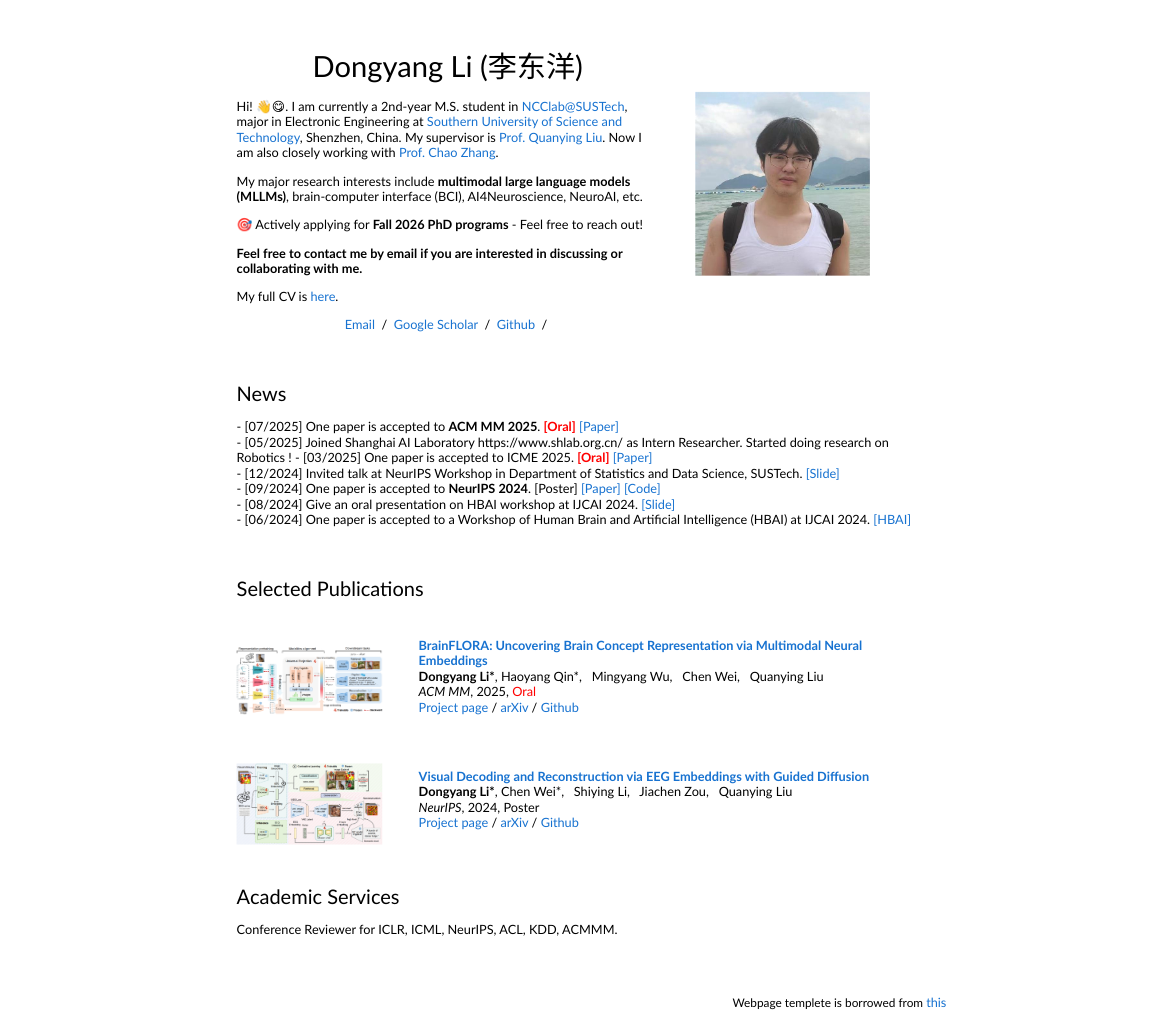
Repository: dongyangli-del/dongyangli-del.github.io
Page: index.html
An editor plug-in stored every save of this project. The page is shown before and after a run of saves, followed by the edit.
The browser window is 1280 px wide. The pictures show the whole page, at 91% of full size.

Above is the page before, as saved 2025-07-12 21:35:42.

### index.html
<!DOCTYPE HTML>
<html lang="en">
  <head>

    <meta http-equiv="Content-Type" content="text/html; charset=UTF-8">

    <title>Dongyang Li (李东洋)</title>

    <meta name="author" content="Dongyang Li (李东洋)">
    <meta name="viewport" content="width=device-width, initial-scale=1">

    <link rel="stylesheet" type="text/css" href="stylesheet.css">
    <link rel="icon" href="data:[embedded picture, 141 characters]">
  </head>

  <body>
    <!-- <div class="content">
      <table style="width:100%;border:0px;border-spacing:0px;border-collapse:separate;margin-right:auto;margin-left:auto;"><tbody>
        <tr style="padding:0px">
          <td style="padding:2.5%;width:63%;vertical-align:middle">
            <p class="name" style="text-align: center;">
              Dongyang Li
            </p>

            </p>
            <p>

            </p>
            <p style="text-align:center">
            </p>
          </td>
          <td style="padding:2.5%;width:40%;max-width:40%">
            <a href="myassets/profile.jpg"><img style="width:100%;max-width:100%" alt="profile photo" src="myassets/profile.jpg" class="hoverZoomLink"></a>
          </td>
        </tr>
      </tbody></table>
    </div> -->
    <table style="width:100%;max-width:800px;border:0px;border-spacing:0px;border-collapse:separate;margin-right:auto;margin-left:auto;"><tbody>
      <tr style="padding:0px">
        <td style="padding:0px">
          <table style="width:100%;border:0px;border-spacing:0px;border-collapse:separate;margin-right:auto;margin-left:auto;"><tbody>
            <tr style="padding:0px">
              <td style="padding:2.5%;width:63%;vertical-align:middle">
                <p class="name" style="text-align: center;">
                  Dongyang Li (李东洋)
                </p>
                <p>
                  Hi! 👋😋.
                  I am currently a 2nd-year M.S. student in <a href="https://faculty.sustech.edu.cn/?tagid=liuqy&iscss=1&snapid=1&orderby=date&go=1">NCClab@SUSTech</a>, major in Electronic Engineering at <a href="https://www.sustech.edu.cn/en/">Southern University of Science and Technology</a>, Shenzhen, China.
                  My supervisor is <a href="https://www.sustech.edu.cn/zh/faculties/liuquanying.html">Prof. Quanying Liu</a>. Now I am also closely working with <a href="https://mi.eng.cam.ac.uk/~cz277/">Prof. Chao Zhang</a>.
                </p>
                <p>
                  My major research interests include <strong>multimodal large language models (MLLMs)</strong>, brain-computer interface (BCI), AI4Neuroscience, NeuroAI, etc.
                </p>
                <p>🎯 Actively applying for <strong>Fall 2026 PhD programs</strong> - Feel free to reach out!</p> <span style="color: black; font-weight: bold;">Feel free to contact me by email if you are interested in discussing or collaborating with me.</span>


                <p>
                  My full CV is <a href="https://dongyangli-del.github.io/files/Dongyang_Li_CV.pdf">here</a>.
                </p>
                <p style="text-align:center">
                  <a href="lidy2023@mail.sustech.edu.cn">Email</a> &nbsp;/&nbsp;
                  <a href="https://scholar.google.com/citations?user=4VTOeU4AAAAJ&hl=zh-CN&oi=ao">Google Scholar</a> &nbsp;/&nbsp;
                  <a href="https://github.com/dongyangli-del">Github</a> &nbsp;/&nbsp;
                  <!-- <a href="https://www.linkedin.com/in/yingqing-he-6b2859168/">LinkedIn</a> -->
                </p>
              </td>
              <td style="padding:2.5%;width:40%;max-width:40%">
                <a href="myassets/profile.jpg"><img style="width:75%;max-width:100%" alt="profile photo" src="myassets/profile.jpg" class="hoverZoomLink"></a>
              </td>
            </tr>
          </tbody></table>

          <table style="width:100%;border:0px;border-spacing:0px;border-collapse:separate;margin-right:auto;margin-left:auto;"><tbody>
            <tr>
            <td style="padding:20px;width:100%;vertical-align:middle">
              <h2>News</h2>
              <p>
                - [07/2025] One paper is accepted to <strong>ACM MM 2025</strong>. <span style="color: red; font-weight: bold;">[Oral]</span> <a href="https://arxiv.org/pdf/2410.23754">[Paper]</a><br>

                - [05/2025] Joined Shanghai AI Laboratory https://www.shlab.org.cn/ as Intern Researcher. Started doing research on Robotics !

                - [03/2025] One paper is accepted to ICME 2025. <span style="color: red; font-weight: bold;">[Oral]</span> <a href="https://arxiv.org/pdf/2410.23754">[Paper]</a><br>

                - [12/2024] Invited talk at NeurIPS Workshop in Department of Statistics and Data Science, SUSTech. <a href="https://dongyangli-del.github.io/files/DongyangLi-20241201.pdf">[Slide]</a><br>

                - [09/2024] One paper is accepted to <strong>NeurIPS 2024</strong>. [Poster] <a href="https://arxiv.org/abs/2403.07721">[Paper]</a> <a href="https://github.com/dongyangli-del/EEG_Image_decode">[Code]</a> <br>

                - [08/2024] Give an oral presentation on HBAI workshop at IJCAI 2024. <a href="https://dongyangli-del.github.io/files/HBAI_2024_DongyangLi.pdf">[Slide]</a><br>

                - [06/2024] One paper is accepted to a Workshop of Human Brain and Artificial Intelligence (HBAI) at IJCAI 2024. <a href="https://hbai2024.github.io/">[HBAI]</a><br>

                <!-- - [10/2024] <font style="color: #d07c22">Invited talk</font> at <a href="https://venue-tutorial.github.io/">ECCV 2024 VENUE (Recent Advances in Video Content Understanding and Generation) Tutorial</a>
                 on the topic of <i>"LLMs Meet image and video generation"</i>.
                 The slides are available at our <a href="https://github.com/YingqingHe/Awesome-LLMs-meet-Multimodal-Generation/blob/main/ECCV2024-VENUE-Tutorial-Slides-LLM-Meet-Image-and-Video-Generation.pdf">Github repo</a>.<br>
                - [08/2024] <font style="color: #d07c22">Invited talk</font> at <a href="https://hunyuan.tencent.com/">Tencent Hunyuan</a>
                 on the topic of <i>"LLMs Meet Multimodal Generation and Editing"</i><br>
                - [08/2024] 1 paper was accepted to <font style="color: #D8429E">ECCV 2024 AI4VA Workshop</font>.<br>
                - [07/2024] 1 paper was accepted to <font style="color: #D8429E">SIGGRAPH Asia 2024</font>.<br>
                - [07/2024] 1 paper was accepted to <font style="color: #D8429E">ECCV 2024</font>.<br>
                - [05/2024] We released a survey paper: <a href="https://arxiv.org/abs/2405.19334">LLMs Meet Multimodal Generation and Editing: A Survey</a>.<br>
                - [03/2024] <font style="color: #d07c22">Invited talk</font> at <a href="https://www.meituan.com/">Meituan</a> on the topic of <i>"Recent Advance of Text-to-Video Generation"</i>.<br>
                - [03/2024] 1 paper was accepted to <font style="color: #D8429E">CVPR 2024</font>.<br>
                - [02/2024] 1 paper was accepted to <font style="color: #D8429E">TVCG 2024</font>.<br>
                - [01/2024] 2 papers were accepted to <font style="color: #D8429E">ICLR 2024</font> (including 1 Spotlight paper).<br>
                - [12/2023] 1 paper was accepted to <font style="color: #D8429E">AAAI 2024</font>.<br>
                - [11/2023] Released <a href="https://arxiv.org/abs/2310.19512">VideoCrafter 1</a>.<br>
                - [08/2023] 1 paper was accepted to <font style="color: #D8429E">SIGGRAPH Asia 2023</font>.<br>
                - [06/2023] <font style="color: #d07c22">Invited talk</font> at <a href="https://sites.google.com/view/loveucvpr23/home">CVPR 2023 LOVEU Workshop</a> on the topic of <i>"Crafting Your Videos: From Unconditional to <br>
                  &nbsp; &nbsp; &nbsp;&nbsp; &nbsp; &nbsp;&nbsp; &nbsp; &nbsp;&nbsp; &nbsp; &nbsp;&nbsp; &nbsp; &nbsp;&nbsp;&nbsp;
                  Controllable Video Diffusion Models"</i>.<br>
                - [04/2023] Released <a href="https://github.com/AILab-CVC/VideoCrafter">VideoCrafter 0.9</a>.<br>
                - [08/2021] 1 paper was accepted to <font style="color: #D8429E">ACM MM 2021</font> as an <font style="color: #D8429E">Oral</font> paper.<br>  -->
              </p>
            </td>
            </tr>
          </tbody></table>
          <table style="width:100%;border:0px;border-spacing:0px;border-collapse:separate;margin-right:auto;margin-left:auto;"><tbody>

    <table style="width:100%;border:0px;border-spacing:0px;border-collapse:separate;margin-right:auto;margin-left:auto;">
      <tbody>
      <tr>
        <td style="padding:20px;width:100%;vertical-align:middle">
          <h2>Selected Publications</h2>
          <!-- <p>
            I'm interested in computer vision, generative models, image/video generation and editing.
          </p> -->
        </td>
      </tr>
      </tbody>
    </table>
    <table style="width:100%;border:0px;border-spacing:0px;border-collapse:separate;margin-right:auto;margin-left:auto;"><tbody>


      <!-- BrainFLORA -->
      <tr>
        <td style="padding:20px;width:25%;vertical-align:middle">
          <img src='myassets/BrainFLORA.png' width="100%">
        </td>
        <td style="padding:20px;width:75%;vertical-align:middle">
          <a href="https://github.com/dongyangli-del/BrainFLORA">
            <span class="papertitle">BrainFLORA: Uncovering Brain Concept Representation via Multimodal Neural Embeddings</span>
          </a>
          <br>
          <strong>Dongyang Li*</strong>,
          <font style="color:black;">Haoyang Qin*, </font> &nbsp;
          <font style="color: black;">Mingyang Wu, </font> &nbsp;
          <font style="color: black;">Chen Wei, </font> &nbsp;
          <font style="color: black;">Quanying Liu </font> &nbsp;
          <br>
          <em>ACM MM</em>, 2025, <font style="color:red;">Oral</font>
          <br>
          <a href="https://github.com/dongyangli-del/BrainFLORA">Project page</a> /
          <a href="https://arxiv.org/pdf/2403.07721">arXiv</a> /
          <a href="https://github.com/dongyangli-del/BrainFLORA">Github</a>
          <p></p>
          <p>
          </p>
        </td>
      </tr>


      <!-- EEG_Image_Decode -->
      <tr>
        <td style="padding:20px;width:25%;vertical-align:middle">
          <img src='myassets/EEG_Image_decode.png' width="100%">
        </td>
        <td style="padding:20px;width:75%;vertical-align:middle">
          <a href="https://github.com/dongyangli-del/EEG_Image_decode/">
            <span class="papertitle">Visual Decoding and Reconstruction via EEG Embeddings with Guided Diffusion</span>
          </a>
          <br>
          <strong>Dongyang Li*</strong>,
          <font style="color:black;">Chen Wei*, </font> &nbsp;
          <font style="color: black;">Shiying Li, </font> &nbsp;
          <font style="color: black;">Jiachen Zou, </font> &nbsp;
          <font style="color: black;">Quanying Liu </font> &nbsp;
          <br>
          <em>NeurIPS</em>, 2024, Poster
          <br>
          <a href="https://dongyangli-del.github.io/EEG_Image_Decode/">Project page</a> /
          <a href="https://arxiv.org/pdf/2403.07721">arXiv</a> /
          <a href="https://github.com/dongyangli-del/EEG_Image_decode">Github</a>
          <p></p>
          <p>
          </p>
        </td>
      </tr>



    <table style="width:100%;border:0px;border-spacing:0px;border-collapse:separate;margin-right:auto;margin-left:auto;"><tbody>
      <tr>
      <td style="padding:20px;width:100%;vertical-align:middle">
        <h2>Academic Services</h2>
        <p>
          Conference Reviewer for ICLR, ICML, NeurIPS, ACL, KDD, ACMMM.<br>
          <!-- Journal Reviewer for TPAMI, IJCV, ACM Computing Surveys. -->
        </p>
      </td>
    </tr>
    </tbody></table>
    <table style="width:100%;border:0px;border-spacing:0px;border-collapse:separate;margin-right:auto;margin-left:auto;"><tbody>

    <!-- </tbody></table>
          <table width="100%" align="center" border="0" cellspacing="0" cellpadding="20"><tbody>
            <tr>
              <td>
                <h2>Miscellanea</h2>
              </td>
            </tr>
          </tbody></table>
          <table width="100%" align="center" border="0" cellpadding="20"><tbody>

            <tr>
              <td style="padding:20px;width:25%;vertical-align:middle"><img src="images/cvf.jpg"></td>
              <td width="75%" valign="center">
                <a href="https://cvpr2023.thecvf.com/Conferences/2023/Organizers">Demo Chair, CVPR 2023</a>
          <br>
                <a href="https://cvpr2022.thecvf.com/area-chairs">Area Chair, CVPR 2022</a>
                <br>
                <a href="http://cvpr2021.thecvf.com/area-chairs">Area Chair & Longuet-Higgins Award Committee Member, CVPR 2021</a>
                <br>
                <a href="http://cvpr2019.thecvf.com/area_chairs">Area Chair, CVPR 2019</a>
                <br>
                <a href="http://cvpr2018.thecvf.com/organizers/area_chairs">Area Chair, CVPR 2018</a>
              </td>
            </tr>
            <tr>
              <td style="padding:20px;width:25%;vertical-align:middle">
                <img src="images/cs188.jpg" alt="cs188">
              </td>
              <td width="75%" valign="center">
                <a href="http://inst.eecs.berkeley.edu/~cs188/sp11/announcements.html">Graduate Student Instructor, CS188 Spring 2011</a>
                <br>
                <a href="http://inst.eecs.berkeley.edu/~cs188/fa10/announcements.html">Graduate Student Instructor, CS188 Fall 2010</a>
                <br>
                <a href="http://aima.cs.berkeley.edu/">Figures, "Artificial Intelligence: A Modern Approach", 3rd Edition</a>
              </td>
            </tr>


            <tr>
              <td align="center" style="padding:20px;width:25%;vertical-align:middle">
                <h2>Basically <br> Blog Posts</h2>
              </td>
              <td width="75%" valign="middle">
                <a href="https://arxiv.org/abs/2112.11687">Squareplus: A Softplus-Like Algebraic Rectifier</a>
                <br>
                <a href="https://arxiv.org/abs/2010.09714">A Convenient Generalization of Schlick's Bias and Gain Functions</a>
                <br>
                <a href="https://arxiv.org/abs/1704.07483">Continuously Differentiable Exponential Linear Units</a>
                <br>
                <a href="https://jonbarron.info/data/cvpr2023_llm_workshop_annotated.pdf">Scholars & Big Models: How Can Academics Adapt?</a>
              </td>
            </tr>
          </tbody></table> -->


          <table style="width:100%;border:0px;border-spacing:0px;border-collapse:separate;margin-right:auto;margin-left:auto;"><tbody>
            <tr>
              <td style="padding:0px">
                <br>
                <p style="text-align:right;font-size:small;">
                  <!-- Feel free to steal this website's <a href="https://github.com/jonbarron/jonbarron_website">source code</a>. <strong>Do not</strong> scrape the HTML from this page itself, as it includes analytics tags that you do not want on your own website &mdash; use the github code instead. Also, consider using <a href="https://leonidk.com/">Leonid Keselman</a>'s <a href="https://github.com/leonidk/new_website">Jekyll fork</a> of this page. -->
                  Webpage templete is borrowed from <a href="https://github.com/jonbarron/jonbarron_website">this</a>
                </p>
              </td>
            </tr>
          </tbody></table>
        </td>
      </tr>
    </table>
  </body>
</html>

### stylesheet.css
/* latin-ext */
.content {
  width: 1000px;
  padding: 25px 50px;
  margin: 25px auto;
  background-color: white;
  box-shadow: 0px 0px 10px #999;
  border-radius: 15px;
  font-family: "Google Sans";
}

@font-face {
  font-family: 'Lato';
  font-style: italic;
  font-weight: 400;
  src: local('Lato Italic'), local('Lato-Italic'), url(https://fonts.gstatic.com/s/lato/v15/S6u8w4BMUTPHjxsAUi-qNiXg7eU0.woff2) format('woff2');
  unicode-range: U+0100-024F, U+0259, U+1E00-1EFF, U+2020, U+20A0-20AB, U+20AD-20CF, U+2113, U+2C60-2C7F, U+A720-A7FF;
}
/* latin */
@font-face {
  font-family: 'Lato';
  font-style: italic;
  font-weight: 400;
  src: local('Lato Italic'), local('Lato-Italic'), url(https://fonts.gstatic.com/s/lato/v15/S6u8w4BMUTPHjxsAXC-qNiXg7Q.woff2) format('woff2');
  unicode-range: U+0000-00FF, U+0131, U+0152-0153, U+02BB-02BC, U+02C6, U+02DA, U+02DC, U+2000-206F, U+2074, U+20AC, U+2122, U+2191, U+2193, U+2212, U+2215, U+FEFF, U+FFFD;
}
/* latin-ext */
@font-face {
  font-family: 'Lato';
  font-style: italic;
  font-weight: 700;
  src: local('Lato Bold Italic'), local('Lato-BoldItalic'), url(https://fonts.gstatic.com/s/lato/v15/S6u_w4BMUTPHjxsI5wq_FQftx9897sxZ.woff2) format('woff2');
  unicode-range: U+0100-024F, U+0259, U+1E00-1EFF, U+2020, U+20A0-20AB, U+20AD-20CF, U+2113, U+2C60-2C7F, U+A720-A7FF;
}
/* latin */
@font-face {
  font-family: 'Lato';
  font-style: italic;
  font-weight: 700;
  src: local('Lato Bold Italic'), local('Lato-BoldItalic'), url(https://fonts.gstatic.com/s/lato/v15/S6u_w4BMUTPHjxsI5wq_Gwftx9897g.woff2) format('woff2');
  unicode-range: U+0000-00FF, U+0131, U+0152-0153, U+02BB-02BC, U+02C6, U+02DA, U+02DC, U+2000-206F, U+2074, U+20AC, U+2122, U+2191, U+2193, U+2212, U+2215, U+FEFF, U+FFFD;
}
/* latin-ext */
@font-face {
  font-family: 'Lato';
  font-style: normal;
  font-weight: 400;
  src: local('Lato Regular'), local('Lato-Regular'), url(https://fonts.gstatic.com/s/lato/v15/S6uyw4BMUTPHjxAwXiWtFCfQ7A.woff2) format('woff2');
  unicode-range: U+0100-024F, U+0259, U+1E00-1EFF, U+2020, U+20A0-20AB, U+20AD-20CF, U+2113, U+2C60-2C7F, U+A720-A7FF;
}
/* latin */
@font-face {
  font-family: 'Lato';
  font-style: normal;
  font-weight: 400;
  src: local('Lato Regular'), local('Lato-Regular'), url(https://fonts.gstatic.com/s/lato/v15/S6uyw4BMUTPHjx4wXiWtFCc.woff2) format('woff2');
  unicode-range: U+0000-00FF, U+0131, U+0152-0153, U+02BB-02BC, U+02C6, U+02DA, U+02DC, U+2000-206F, U+2074, U+20AC, U+2122, U+2191, U+2193, U+2212, U+2215, U+FEFF, U+FFFD;
}
/* latin-ext */
@font-face {
  font-family: 'Lato';
  font-style: normal;
  font-weight: 700;
  src: local('Lato Bold'), local('Lato-Bold'), url(https://fonts.gstatic.com/s/lato/v15/S6u9w4BMUTPHh6UVSwaPGQ3q5d0N7w.woff2) format('woff2');
  unicode-range: U+0100-024F, U+0259, U+1E00-1EFF, U+2020, U+20A0-20AB, U+20AD-20CF, U+2113, U+2C60-2C7F, U+A720-A7FF;
}
/* latin */
@font-face {
  font-family: 'Lato';
  font-style: normal;
  font-weight: 700;
  src: local('Lato Bold'), local('Lato-Bold'), url(https://fonts.gstatic.com/s/lato/v15/S6u9w4BMUTPHh6UVSwiPGQ3q5d0.woff2) format('woff2');
  unicode-range: U+0000-00FF, U+0131, U+0152-0153, U+02BB-02BC, U+02C6, U+02DA, U+02DC, U+2000-206F, U+2074, U+20AC, U+2122, U+2191, U+2193, U+2212, U+2215, U+FEFF, U+FFFD;
}

a {
  color: #1772d0;
  text-decoration: none;
}
/* a {
  color: #761478b2;
  text-decoration: none;
} */
a:focus,
a:hover {
  color: #f09228;
  text-decoration: none;
}

body,
td,
th,
tr,
/* tr {
  border-bottom: 1px solid rgb(183, 168, 192);
} */
p,
a {
  font-family: 'Lato', Verdana, Helvetica, sans-serif;
  font-size: 14px;
}

strong {
  font-family: 'Lato', Verdana, Helvetica, sans-serif;
  font-size: 14px;
}

h2 {
  margin: 0;
  font-weight: normal;
  font-family: 'Lato', Verdana, Helvetica, sans-serif;
  font-size: 22px;
}

.papertitle {
  font-family: 'Lato', Verdana, Helvetica, sans-serif;
  font-size: 14px;
  font-weight: 700;
}

.name {
  padding-top: 20px;
  margin: 0;
  font-family: 'Lato', Verdana, Helvetica, sans-serif;
  font-size: 32px;
}

.one {
  width: 200px;
  height: 200px;
  position: relative;

}

.two {
  width: 200px;
  height: 200px;
  position: absolute;
  transition: opacity .2s ease-in-out;
  -moz-transition: opacity .2s ease-in-out;
  -webkit-transition: opacity .2s ease-in-out;
}

.fade {
  transition: opacity .2s ease-in-out;
  -moz-transition: opacity .2s ease-in-out;
  -webkit-transition: opacity .2s ease-in-out;
}

span.highlight {
  background-color: #ffffd0;
}

After the next 2 saves:
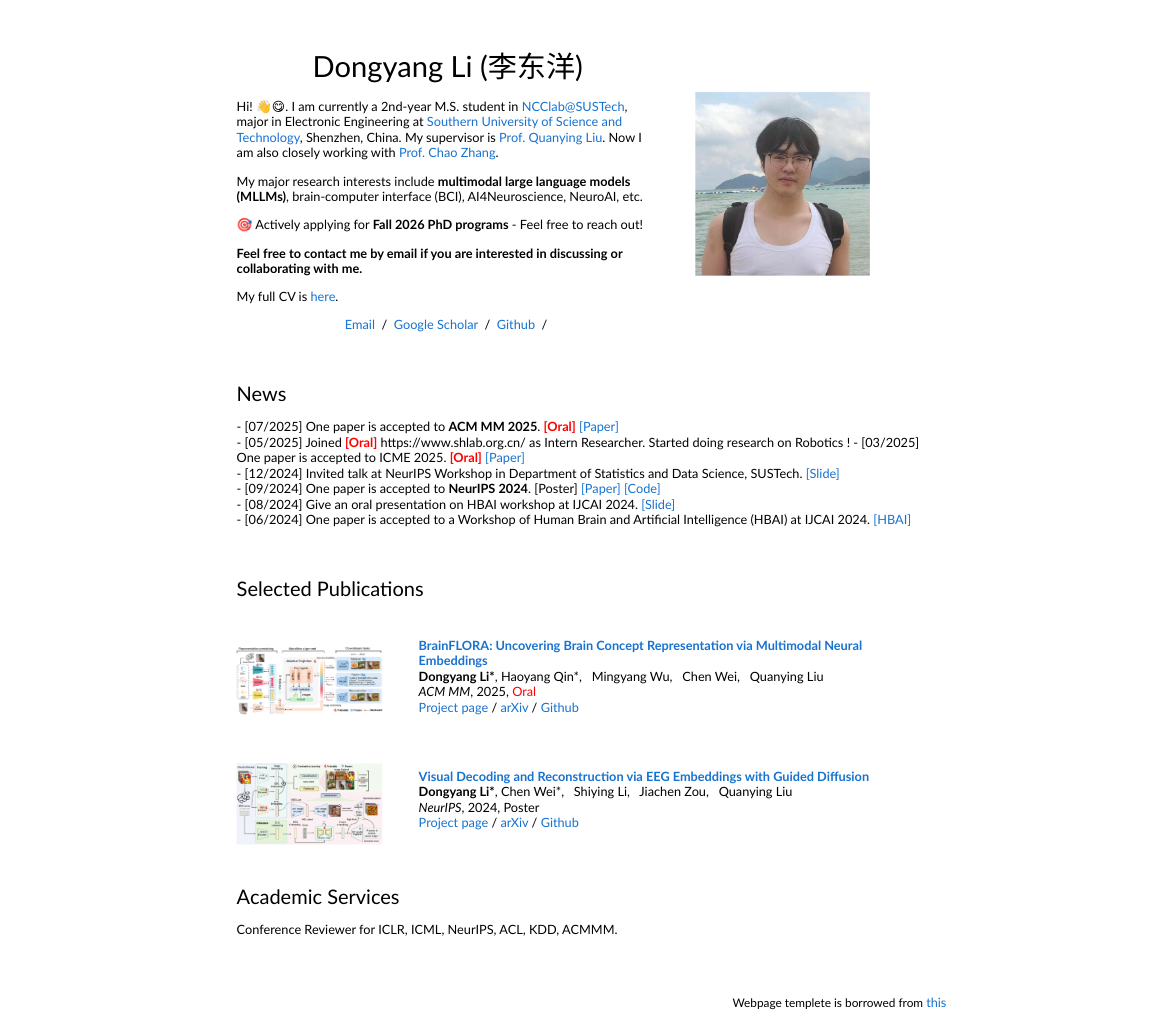
The 2 saves are shown as one change because they came seconds apart.
The last was saved 11 s later.
--- a/index.html
+++ b/index.html
@@ -78,7 +78,7 @@
               <p>
                 - [07/2025] One paper is accepted to <strong>ACM MM 2025</strong>. <span style="color: red; font-weight: bold;">[Oral]</span> <a href="https://arxiv.org/pdf/2410.23754">[Paper]</a><br>
 
-                - [05/2025] Joined Shanghai AI Laboratory https://www.shlab.org.cn/ as Intern Researcher. Started doing research on Robotics !
+                - [05/2025] Joined <span style="color: red; font-weight: bold;">[Oral]</span> https://www.shlab.org.cn/ as Intern Researcher. Started doing research on Robotics !
 
                 - [03/2025] One paper is accepted to ICME 2025. <span style="color: red; font-weight: bold;">[Oral]</span> <a href="https://arxiv.org/pdf/2410.23754">[Paper]</a><br>
 
